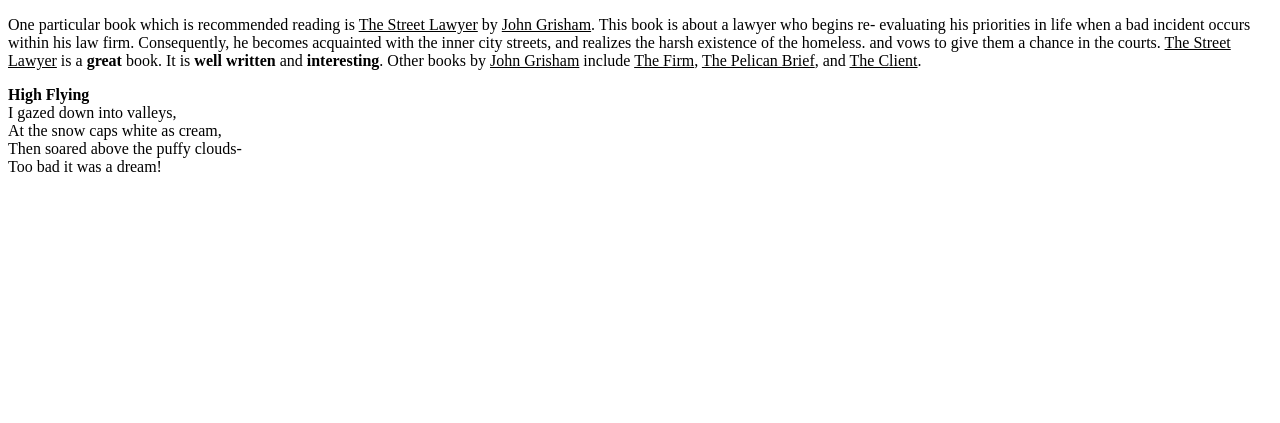
Repository: NguyenPhuSang21023391/HTCNWeb_T1-2
Page: TH_Tuan01/html/bai03.html
The author's editor kept a copy of each file at every save. The page is drawn from the files as they stood at one save, then again after the next save.
The browser window is 1280 px wide. The pictures show the whole page.

Above is the page before, as saved 2023-02-19 16:07:28.

### TH_Tuan01/html/bai03.html
<!DOCTYPE html>
<html lang="en">
  <head>
    <meta charset="UTF-8" />
    <meta http-equiv="X-UA-Compatible" content="IE=edge" />
    <meta name="viewport" content="width=device-width, initial-scale=1.0" />
    <title>Document</title>
  </head>
  <body>
    <p>
      One particular book which is recommended reading is
      <u>The Street Lawyer</u> by <u>John Grisham</u>. This book is about a
      lawyer who begins re- evaluating his priorities in life when a bad
      incident occurs within his law firm. Consequently, he becomes acquainted
      with the inner city streets, and realizes the harsh existence of the
      homeless. and vows to give them a chance in the courts.
      <u>The Street Lawyer</u> is a <b>great</b> book. It is
      <b>well written</b> and <b>interesting</b>. Other books by
      <u>John Grisham</u> include <u>The Firm</u>, <u>The Pelican Brief</u>, and
      <u>The Client</u>.
    </p>

    <p style="text-align: left: ;;">
      <b>High Flying</b> <br />I gazed down into valleys, <br />At the snow caps
      white as cream,<br />Then soared above the puffy clouds- <br />Too bad it
      was a dream!
    </p>
  </body>
</html>

After the next save:
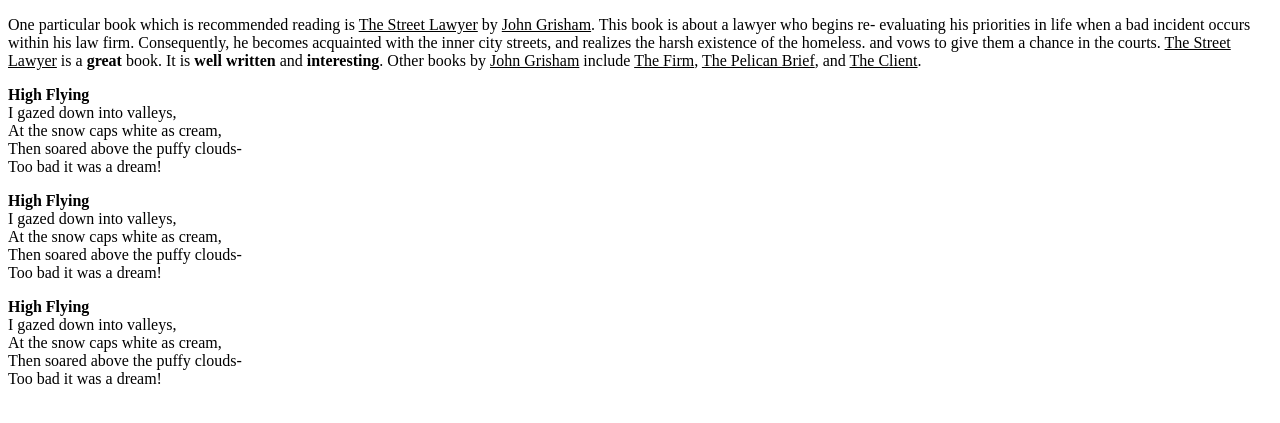
Saved 2 min 10 s later.
--- a/TH_Tuan01/html/bai03.html
+++ b/TH_Tuan01/html/bai03.html
@@ -25,5 +25,17 @@
       white as cream,<br />Then soared above the puffy clouds- <br />Too bad it
       was a dream!
     </p>
+
+    <p style="text-align: center: ;;">
+      <b>High Flying</b> <br />I gazed down into valleys, <br />At the snow caps
+      white as cream,<br />Then soared above the puffy clouds- <br />Too bad it
+      was a dream!
+    </p>
+
+    <p style="text-align: right: ;;">
+      <b>High Flying</b> <br />I gazed down into valleys, <br />At the snow caps
+      white as cream,<br />Then soared above the puffy clouds- <br />Too bad it
+      was a dream!
+    </p>
   </body>
 </html>
